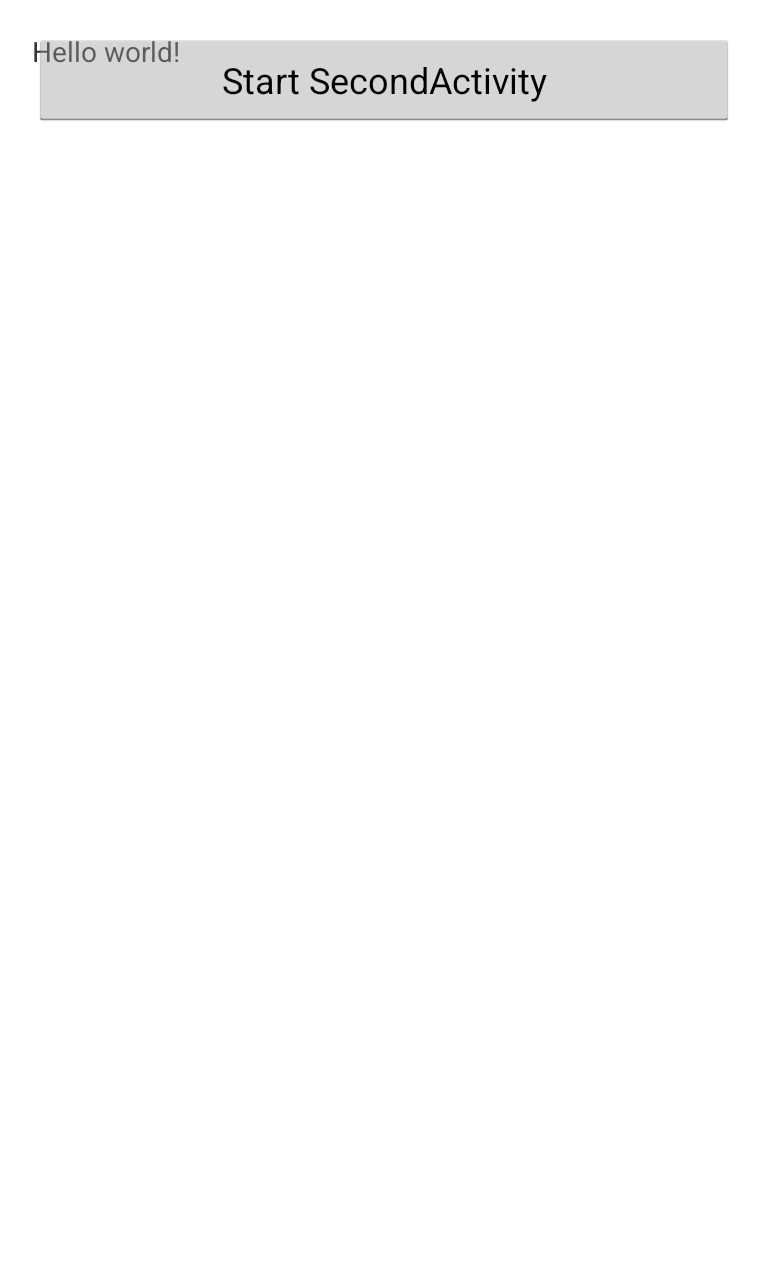
Repository: RockyNiu/PracticeCodesForAndroidBeginner
Layout: S02_E01_MultiActivity/res/layout/activity_main.xml
The author's editor kept a copy of each file at every save. The layout is drawn from the files as they stood at one save, then again after the next save.
It is drawn on a 768 x 1280 px phone screen (xhdpi) without system bars, with theme AppTheme; the app's code is not run.

Above is the layout before, as saved 2013-08-03 21:21:01.

### S02_E01_MultiActivity/res/layout/activity_main.xml
<RelativeLayout xmlns:android="http://schemas.android.com/apk/res/android"
    xmlns:tools="http://schemas.android.com/tools"
    android:layout_width="match_parent"
    android:layout_height="match_parent"
    android:paddingBottom="@dimen/activity_vertical_margin"
    android:paddingLeft="@dimen/activity_horizontal_margin"
    android:paddingRight="@dimen/activity_horizontal_margin"
    android:paddingTop="@dimen/activity_vertical_margin"
    tools:context=".MainActivity" >

    <TextView
        android:layout_width="wrap_content"
        android:layout_height="wrap_content"
        android:text="@string/hello_world" />

    <Button
        android:id="@+id/button"
        android:layout_width="match_parent"
        android:layout_height="wrap_content"
        android:text="Start SecondActivity"/>

</RelativeLayout>

### S02_E01_MultiActivity/res/values/strings.xml
<?xml version="1.0" encoding="utf-8"?>
<resources>

    <string name="app_name">S02_E01_MultiActivity</string>
    <string name="action_settings">Settings</string>
    <string name="hello_world">Hello world!</string>

</resources>

Loaded but not shown: S02_E01_MultiActivity/res/values/styles.xml (common file); S02_E01_MultiActivity/res/values-v11/styles.xml (common file); S02_E01_MultiActivity/res/values-v14/styles.xml (common file); S02_E01_MultiActivity/res/values/dimens.xml (common file)

After the next save:
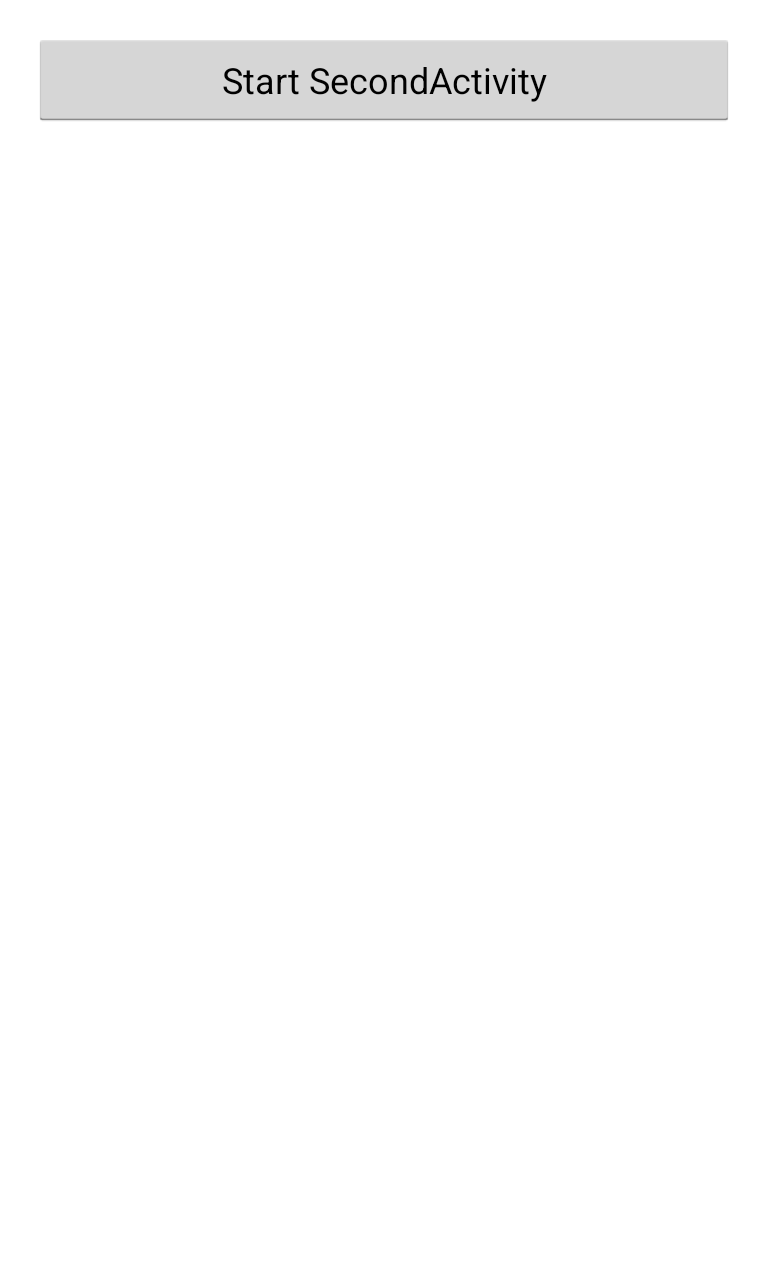
Saved 5 min 19 s later.
--- a/S02_E01_MultiActivity/res/layout/activity_main.xml
+++ b/S02_E01_MultiActivity/res/layout/activity_main.xml
@@ -8,11 +8,6 @@
     android:paddingTop="@dimen/activity_vertical_margin"
     tools:context=".MainActivity" >
 
-    <TextView
-        android:layout_width="wrap_content"
-        android:layout_height="wrap_content"
-        android:text="@string/hello_world" />
-
     <Button
         android:id="@+id/button"
         android:layout_width="match_parent"
